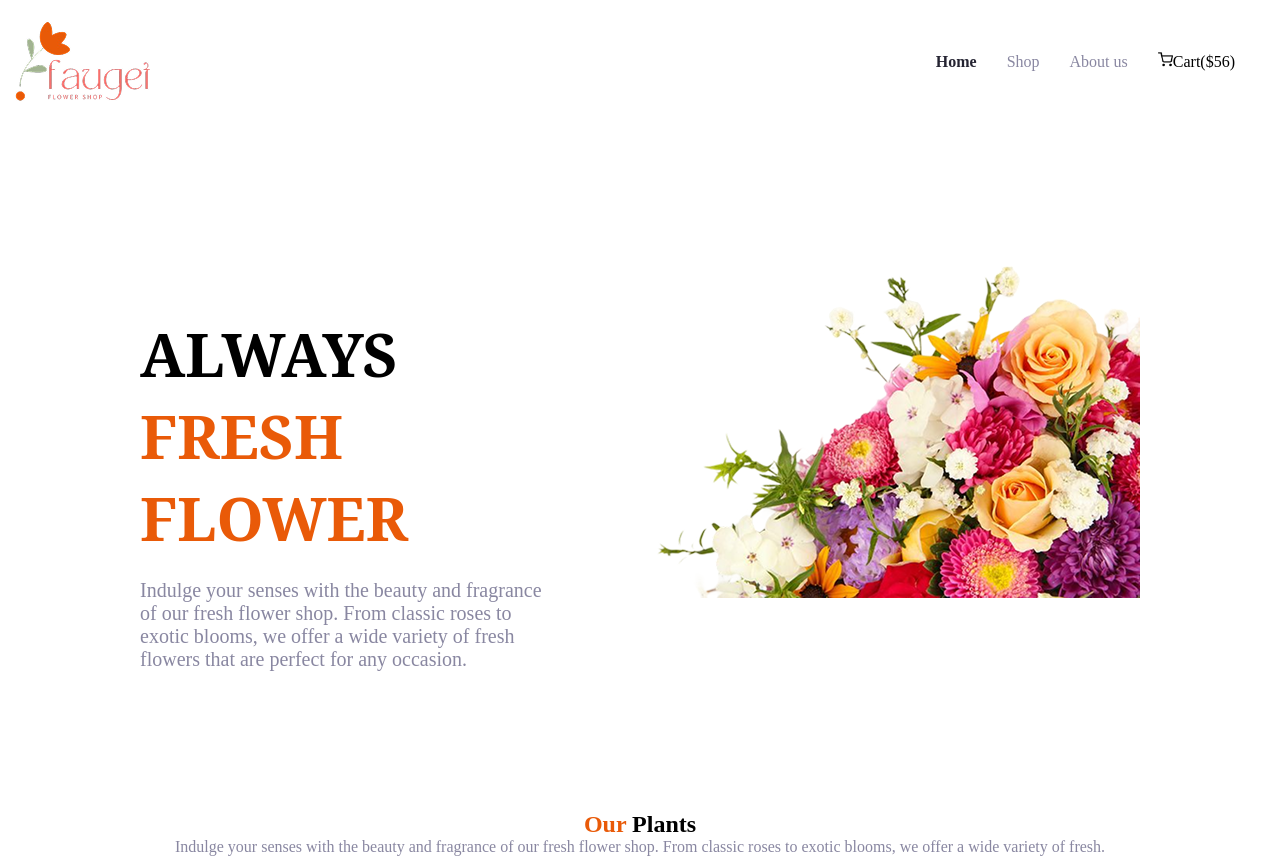
Repository: dollyrakhe22/Flowers-main-website
Page: index.html
These files come from the project's save history. The page is drawn as it stood at one moment and after the next save; the edit follows.
The browser window is 1280 px wide. The pictures show the whole page.
Some web libraries are served in a nearby version.

Above is the page before, as saved 2025-07-24 00:56:16.

After the next save:
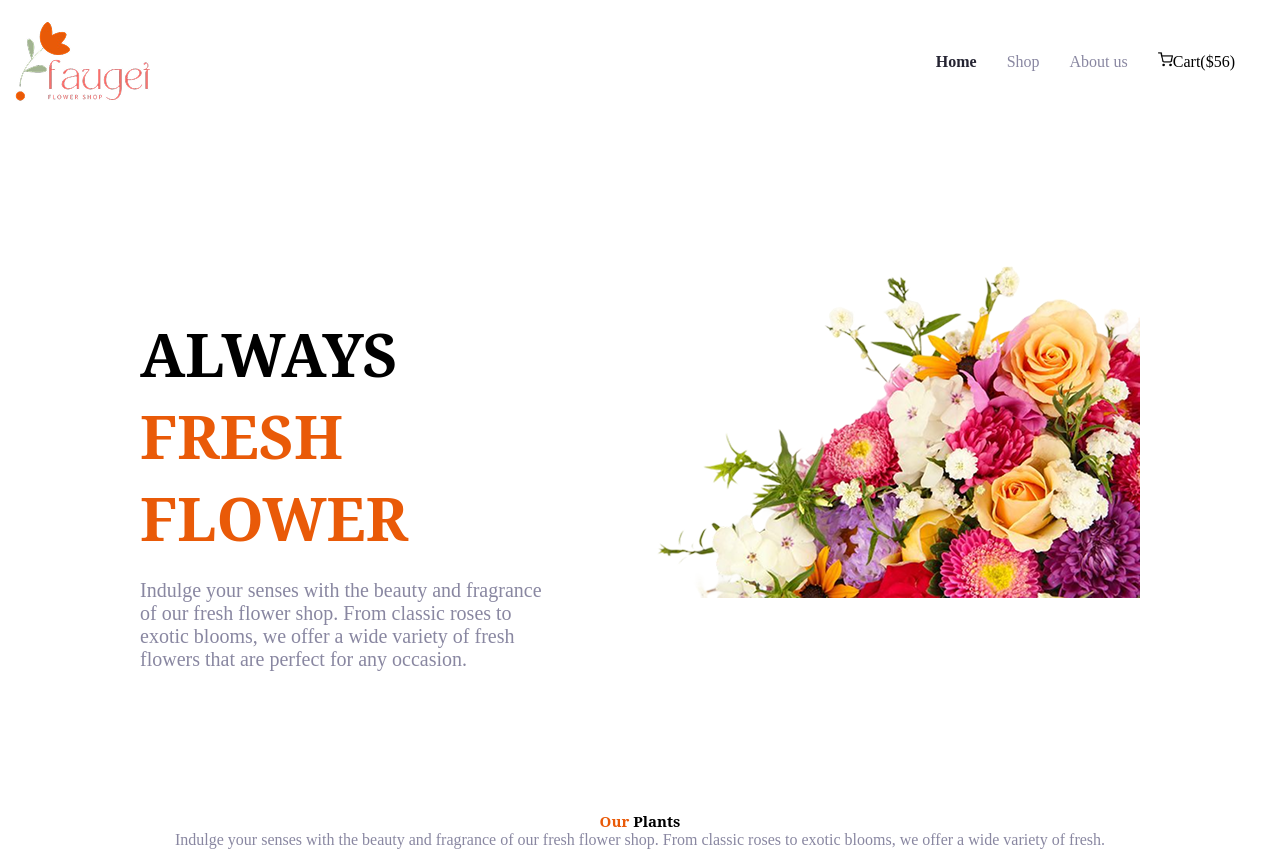
Saved 2 min 31 s later.
--- a/index.html
+++ b/index.html
@@ -35,7 +35,7 @@
  <!--Plants-->
 <section class="plants-section">
   <div class="plant">
-    <h1 class="plant-title"><span class="primary-color">Our</span> Plants</h1>
+    <h1 class="plant-title noto-serif-normal"><span class="primary-color">Our</span> Plants</h1>
     <p class="plant-description text-gray">Indulge your senses with the beauty and fragrance of our fresh flower shop.
       From classic roses to exotic blooms, we offer a wide variety of fresh.</p>
 
--- a/style.css
+++ b/style.css
@@ -71,3 +71,6 @@ nav ul li{
 .plant{
   justify-items: center;
 }
+.plant-title{
+    font-size: 15px;
+}
